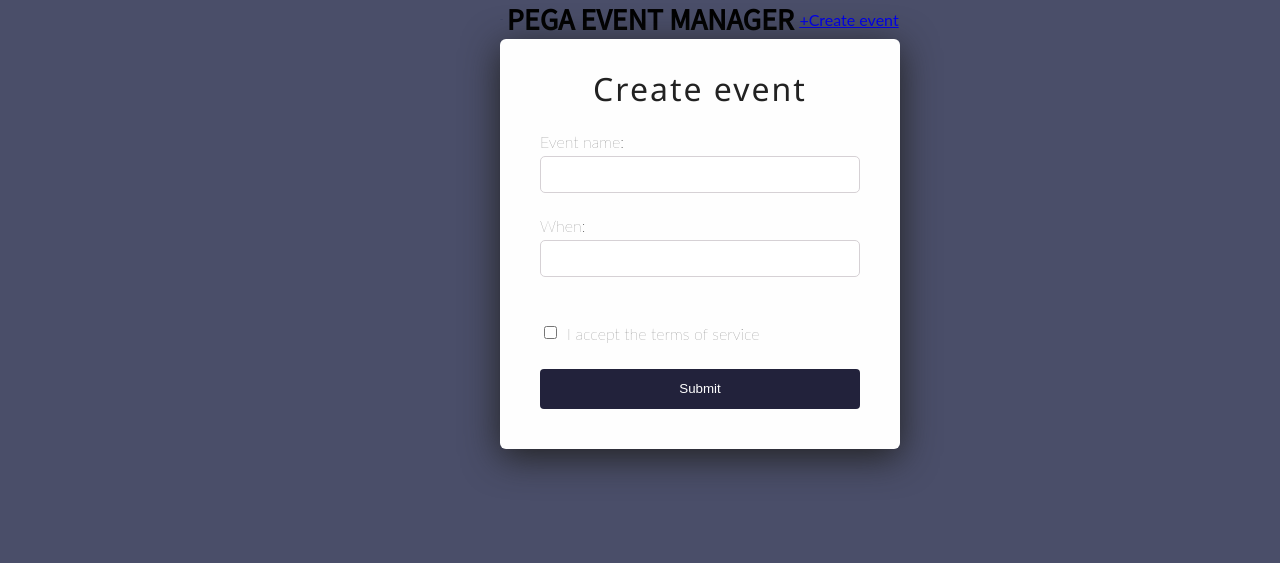
Repository: SasiVeeramachaneni/eventmanager
Page: /create
These files come from the project's save history. The page is drawn as it stood at one moment and after the next save; the edit follows.
The browser window is 1280 px wide. The pictures show the whole page.
The project was rebuilt for these pictures with package versions that can differ from the ones it lists, and the page was loaded fresh each time. Also part of the build but not shown: src/Events.js, src/App.js.

Above is the page before, as saved 2020-09-03 00:20:09.

After the next save:
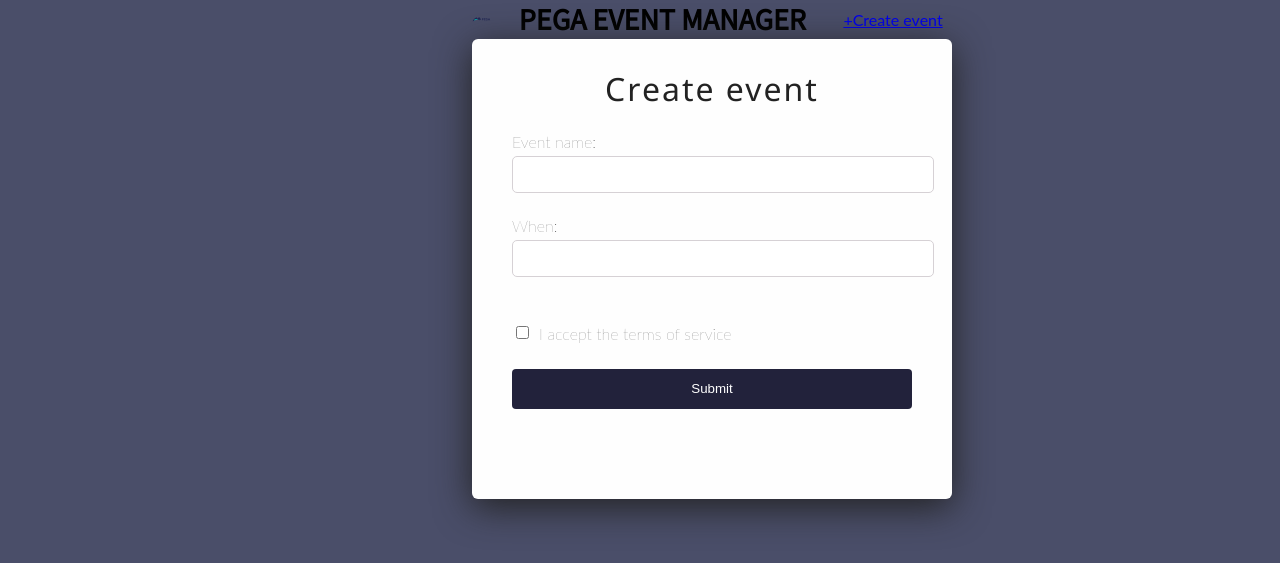
Saved 10 s later.
--- a/src/createEvent.css
+++ b/src/createEvent.css
@@ -1,4 +1,4 @@
-* {
+.createEvent {
     box-sizing: border-box;
   }
 
